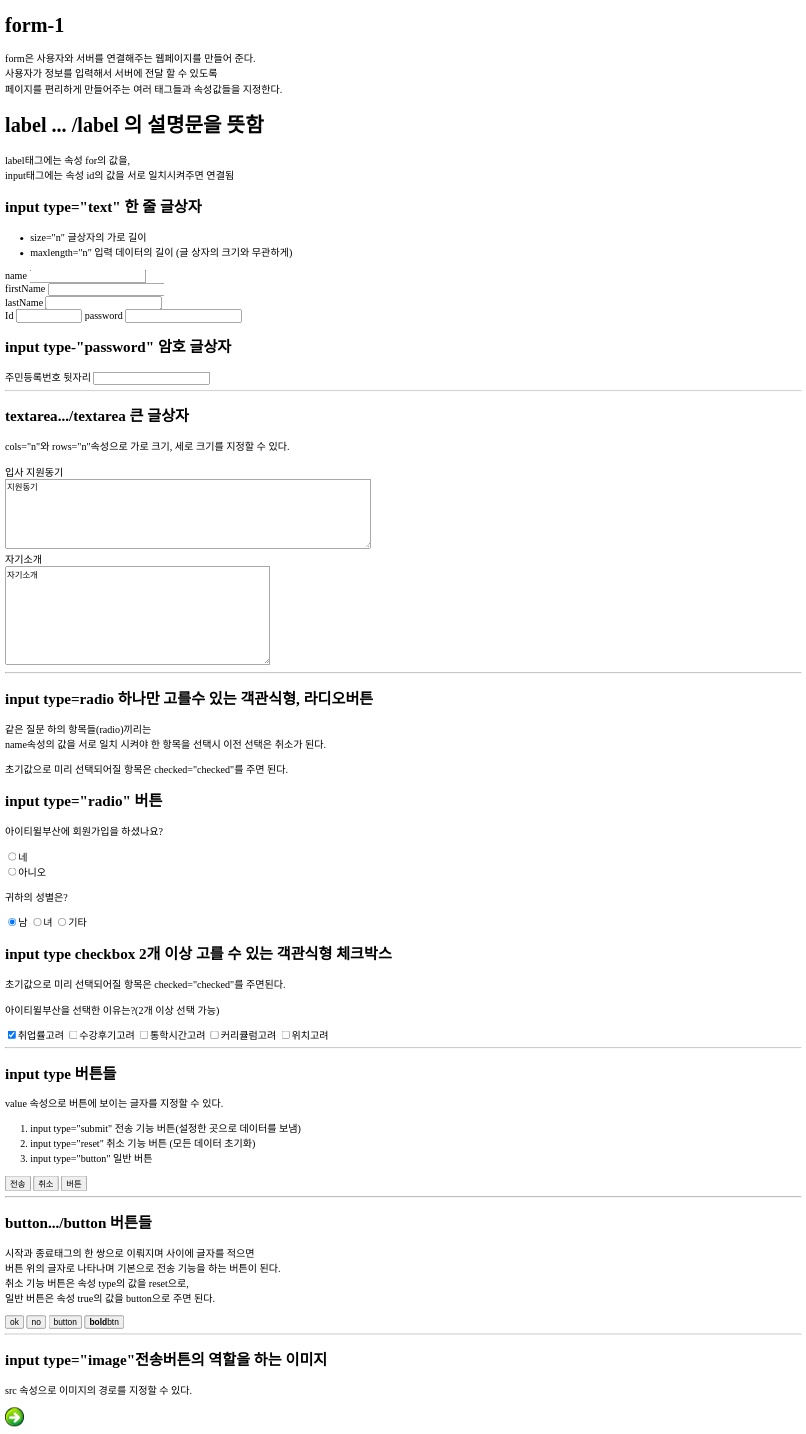
Repository: ReadStar/Web
Page: Html/html5/WebContent/form-1.html
The author's editor kept a copy of each file at every save. The page is drawn from the files as they stood at one save, then again after the next save.
The browser window is 1280 px wide. The pictures show the whole page, at 63% of full size.

Above is the page before, as saved 2020-08-06 08:17:17.

### Html/html5/WebContent/form-1.html
<!DOCTYPE html>
<html>
<head>
<meta charset="UTF-8">
<title>Insert title here</title>
</head>
<body>
<h1>form-1</h1>
<p>form은 사용자와 서버를 연결해주는 웹페이지를 만들어 준다.<br>
	사용자가 정보를 입력해서 서버에 전달 할 수 있도록<br>
	페이지를 편리하게 만들어주는 여러 태그들과 속성값들을 지정한다.
</p>
<form action="test.jsp" method="get">
<h1>label ... /label 의 설명문을 뜻함</h1>
<p>label태그에는 속성 for의 값을,<br>
  input태그에는 속성 id의 값을 서로 일치시켜주면 연결됨</p>
<h2>input type="text" 한 줄 글상자</h2>
<ul>
<li>size="n" 글상자의 가로 길이</li>
<li>maxlength="n" 입력 데이터의 길이 (글 상자의 크기와 무관하게) </li>
</ul>
	<label for="name">name</label> <input type="text" id="name"><br>
	<label for="f-name">firstName</label> <input type="text" id="f-name"><br>
	<label for="l-name">lastName</label> <input type="text" id="l-name"><br>
	<label for="id">Id</label> <input type="text" id="Id" maxlength="6" size="10">
	<label for="pwd">password</label> <input type="password" id="pwd" maxlength="12"><br>
<h2>input type-"password" 암호 글상자</h2>
	<label for="pass">주민등록번호 뒷자리</label> <input type="password" id="pass" maxlength="7"><br>
<hr>
<h2>textarea.../textarea 큰 글상자</h2>
<p>cols="n"와 rows="n"속성으로 가로 크기, 세로 크기를 지정할 수 있다.</p>
<label>입사 지원동기<br>
<textarea rows="7" cols="70">지원동기</textarea><br>
</label>


<label for="txt02">자기소개</label><br>
<textarea rows="10" cols="50">자기소개</textarea>
<hr>
<h2>input type=radio 하나만 고를수 있는 객관식형, 라디오버튼</h2>
<p>같은 질문 하의 항목들(radio)끼리는<br>
	name속성의 값을 서로 일치 시켜야 한 항목을 선택시 이전 선택은 취소가 된다.</p>
	초기값으로 미리 선택되어질 항목은 checked="checked"를 주면 된다.
<h2>input type="radio" 버튼</h2>
<p>아이티윌부산에 회원가입을 하셨나요?</p>
<label><input type="radio" name="itw-m">네</label><br>
<label><input type="radio" name="itw-m">아니오</label>

<p>귀하의 성별은?</p>
<label><input type="radio" name="gender" checked="checked">남</label>
<label><input type="radio" name="gender">녀</label>
<label><input type="radio" name="gender">기타</label>

<h2>input type checkbox 2개 이상 고를 수 있는 객관식형 체크박스</h2>
<p>초기값으로 미리 선택되어질 항목은 checked="checked"를 주면된다.</p>

<p>아이티윌부산을 선택한 이유는?(2개 이상 선택 가능)</p>
<label><input type="checkbox" name="check" checked="checked">취업률고려</label>
<label><input type="checkbox" name="check">수강후기고려</label>
<label><input type="checkbox" name="check">통학시간고려</label>
<label><input type="checkbox" name="check">커리큘럼고려</label>
<label><input type="checkbox" name="check">위치고려</label>

<hr>
<h2>input type 버튼들</h2>
<p> value 속성으로 버튼에 보이는 글자를 지정할 수 있다.</p>
<ol>
<li>input type="submit" 전송 기능 버튼(설정한 곳으로 데이터를 보냄)</li>
<li>input type="reset" 취소 기능 버튼 (모든 데이터 초기화)</li>
<li>input type="button" 일반 버튼</li>
</ol>

<input type="submit" value="전송">
<input type="reset" value="취소">

<input type="button" value="버튼" onclick="alert('아무것도아님')"><br>

<hr>
<h2>button.../button 버튼들</h2>
<p>시작과 종료태그의 한 쌍으로 이뤄지며 사이에 글자를 적으면<br>
버튼 위의 글자로 나타나며 기본으로 전송 기능을 하는 버튼이 된다.<br>
취소 기능 버튼은 속성 type의 값을  reset으로,<br>
일반 버튼은 속성 true의 값을 button으로 주면 된다.</p>
<button>ok</button>
<button type="reset">no</button>

<button type="button" onmouseover="alert('조심')">button</button>
<button type="button"><b>bold</b>btn</button>

<hr>
<h2>input type="image"전송버튼의 역할을 하는 이미지</h2>
<p>src 속성으로 이미지의 경로를 지정할 수 있다.</p>

<input type="image" src="img.gif" width="30" height="30">
</form>

</body>
</html>

After the next save:
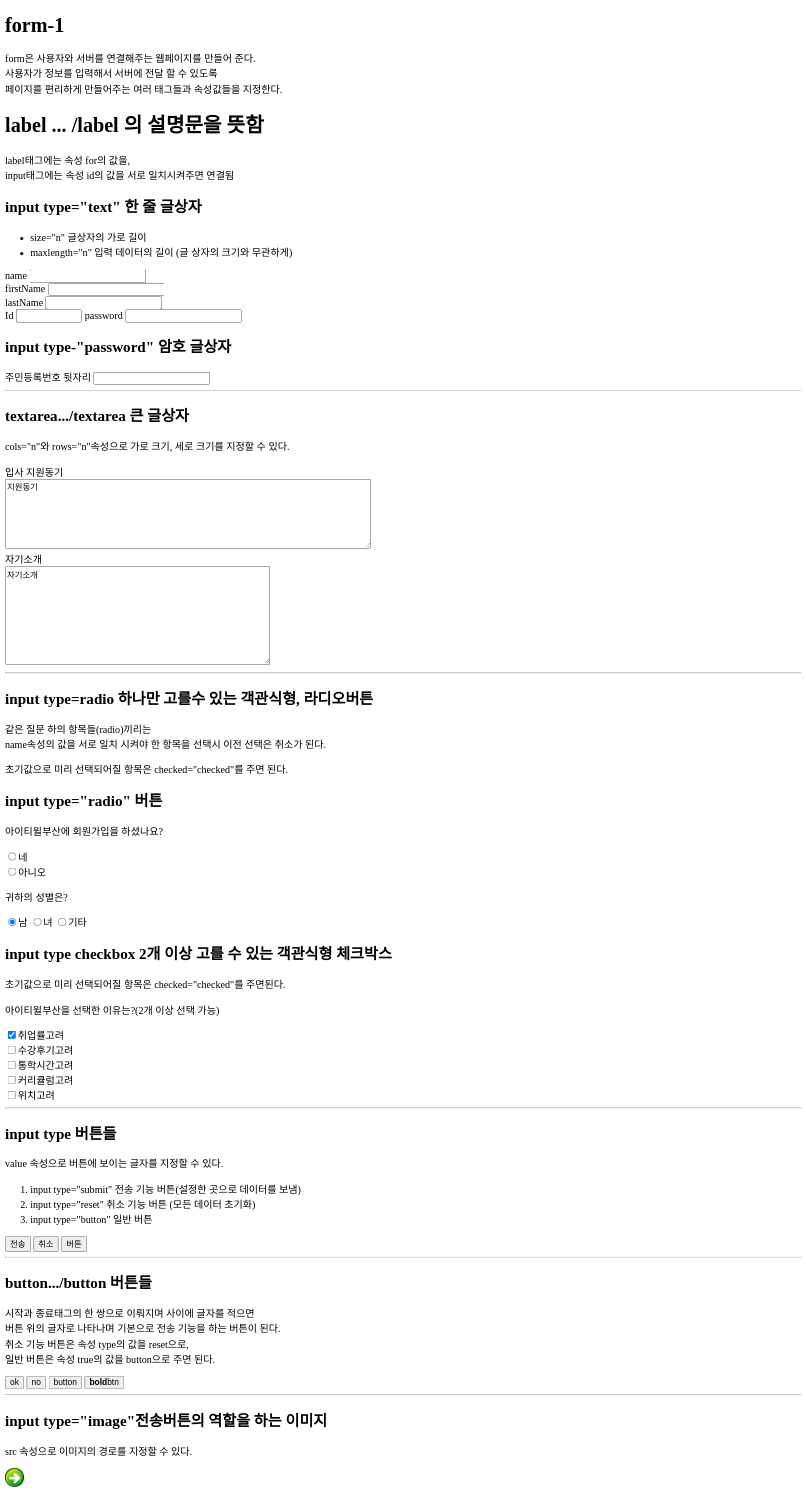
Saved 2 min 24 s later.
--- a/Html/html5/WebContent/form-1.html
+++ b/Html/html5/WebContent/form-1.html
@@ -55,11 +55,11 @@
 <p>초기값으로 미리 선택되어질 항목은 checked="checked"를 주면된다.</p>
 
 <p>아이티윌부산을 선택한 이유는?(2개 이상 선택 가능)</p>
-<label><input type="checkbox" name="check" checked="checked">취업률고려</label>
-<label><input type="checkbox" name="check">수강후기고려</label>
-<label><input type="checkbox" name="check">통학시간고려</label>
-<label><input type="checkbox" name="check">커리큘럼고려</label>
-<label><input type="checkbox" name="check">위치고려</label>
+<label><input type="checkbox" name="check" checked="checked">취업률고려</label><br>
+<label><input type="checkbox" name="check">수강후기고려</label><br>
+<label><input type="checkbox" name="check">통학시간고려</label><br>
+<label><input type="checkbox" name="check">커리큘럼고려</label><br>
+<label><input type="checkbox" name="check">위치고려</label><br>
 
 <hr>
 <h2>input type 버튼들</h2>
